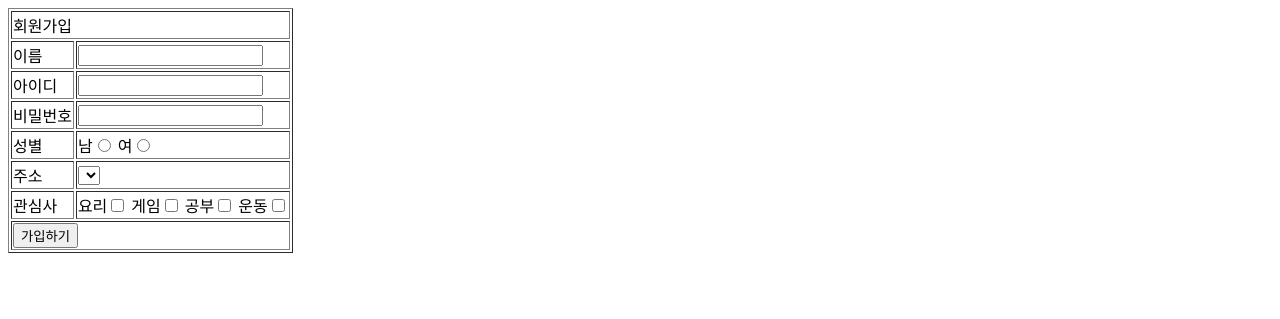
Repository: AiharaAkira/jsp
Page: WebWorkSpace/02_InputOutput/src/main/webapp/reg.html
These files come from the project's save history. The page is drawn as it stood at one moment and after the next save; the edit follows.
The browser window is 1280 px wide. The pictures show the whole page.

Above is the page before, as saved 2021-11-08 02:51:39.

After the next save:
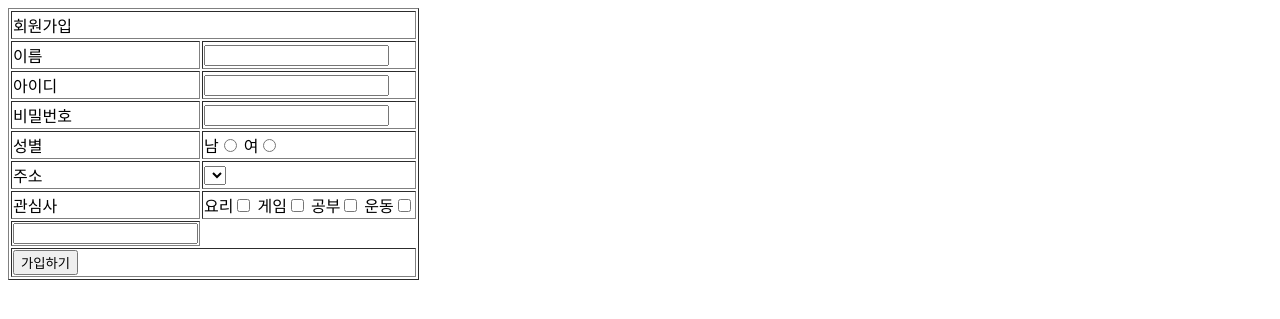
Saved 105 s later.
--- a/WebWorkSpace/02_InputOutput/src/main/webapp/reg.html
+++ b/WebWorkSpace/02_InputOutput/src/main/webapp/reg.html
@@ -11,13 +11,13 @@
 				<td colspan="2">회원가입</td>
 			</tr>
 			<tr>
-				<td>이름</td><td><input></td>
+				<td>이름</td><td><input name="name"></td>
 			</tr>
 			<tr>
-				<td>아이디</td><td><input></td>
+				<td>아이디</td><td><input name="id"></td>
 			</tr>
 			<tr>
-				<td>비밀번호</td><td><input></td>
+				<td>비밀번호</td><td><input type="password" name="pw"></td>
 			</tr>
 			<tr>
 				<td>성별</td><td>남<input type="radio" value="Man">
@@ -38,6 +38,9 @@
 				운동<input type="checkbox" value="운동"></td>
 			</tr>
 			<tr>
+				<td><input></td>
+			</tr>
+			<tr>
 				<td colspan="2"><button>가입하기</button></td>
 			</tr>
 
